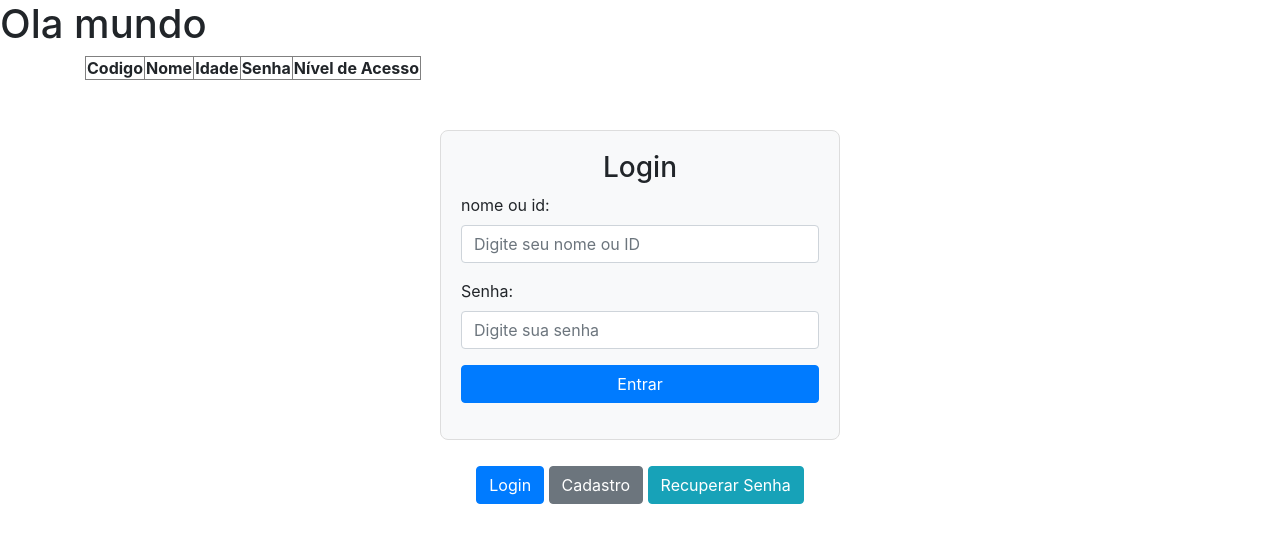
Repository: amorimgg7/trabalho_extensao_3
Page: http://localhost/index
An editor plug-in stored every save of this project. The page is shown before and after the next save, followed by the edit.
The browser window is 1280 px wide. The pictures show the whole page.
The page is this project's Thymeleaf template; nobody is signed in. The template is opened directly, without the code that normally fills it, so the values that code supplies are empty.

Above is the page before, as saved 2024-10-29 19:35:25.

After the next save:
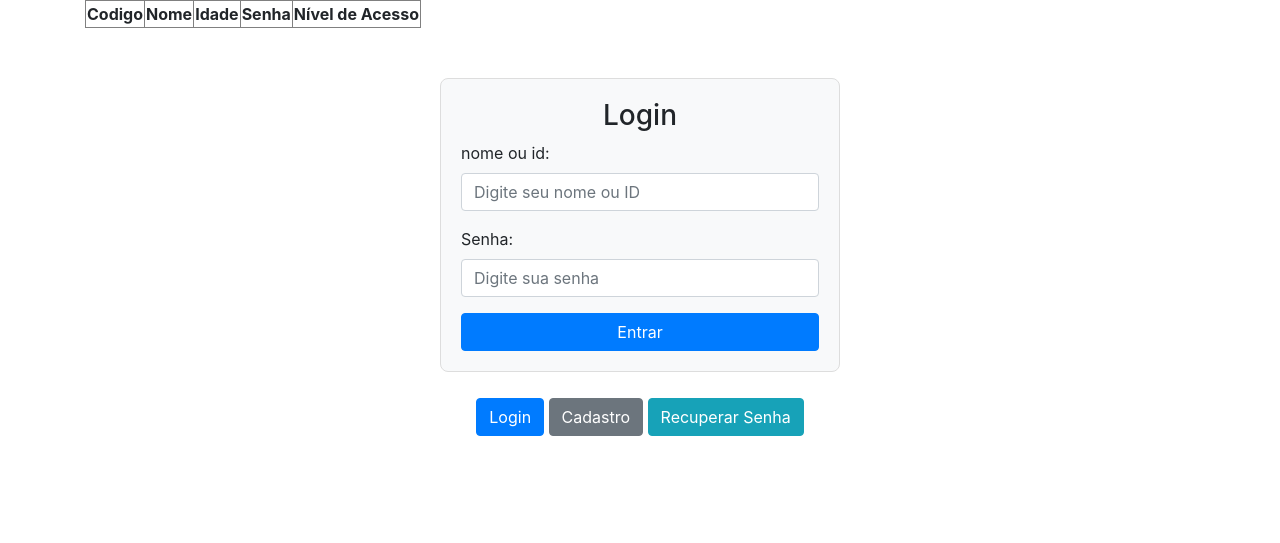
Saved 7 s later.
--- a/Aula20241003SN/src/main/resources/templates/index.html
+++ b/Aula20241003SN/src/main/resources/templates/index.html
@@ -1,12 +1,3 @@
-<html>
-	<body>
-		<h1>Ola mundo</h1>
-	</body>
-
-
-</html>
-
-
 <!DOCTYPE html>
 <html lang="pt-BR">
 <head>
